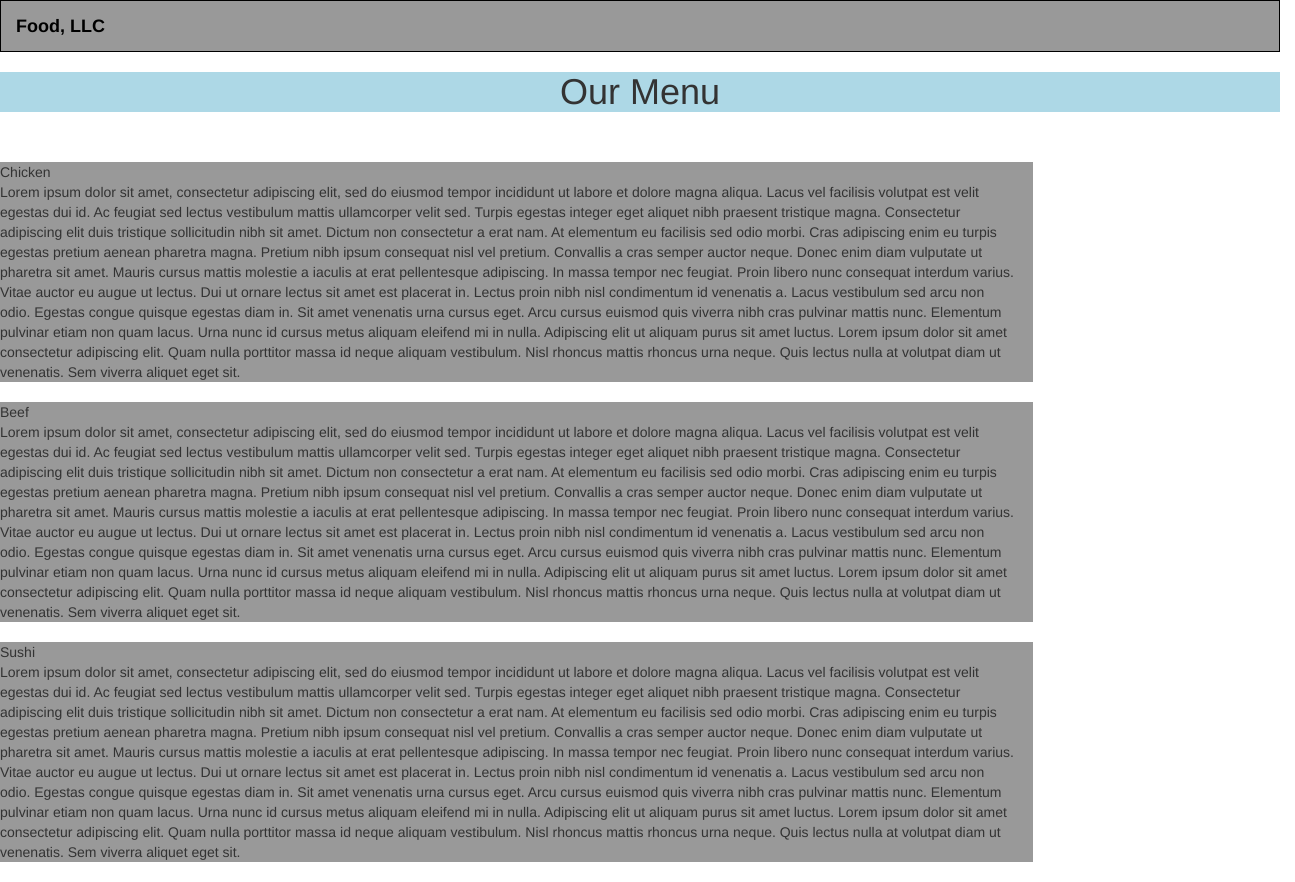
Repository: Cynthia-woo/coursera_frontend_JHU
Page: module3-solution/index.html
An editor plug-in stored every save of this project. The page is shown before and after the next save, followed by the edit.
The browser window is 1280 px wide. The page is 1295 px wide, then 1280 px, so the pictures cover 1295 px, including what lies to the right of the window. The pictures show the whole page.

Above is the page before, as saved 2024-04-20 02:52:09.

### module3-solution/index.html
<!doctype html>
<html lang="en">
  <head>
    <meta charset="utf-8">
    <meta http-equiv="X-UA-Compatible" content="IE=edge">
    <meta name="viewport" content="width=device-width, initial-scale=1">

    <!-- HTML5 shim and Respond.js for IE8 support of HTML5 elements and media queries -->
    <!-- WARNING: Respond.js doesn't work if you view the page via file:// -->
    <!--[if lt IE 9]>
      <script src="https://oss.maxcdn.com/html5shiv/3.7.2/html5shiv.min.js"></script>
      <script src="https://oss.maxcdn.com/respond/1.4.2/respond.min.js"></script>
    <![endif]-->

    <title>Assignment3-solution</title>
    <link rel="stylesheet" href="css/bootstrap.min.css">
    <link rel="stylesheet" href="css/styles.css">
  </head>
<body>
    <header>
        <nav id="header-nav" class="navbar navbar-default">
          <div class="container-fluid">
            <div class="navbar-header">
              <div class="navbar-brand">
                <a href="index.html"><span>Food, LLC</span></a>
              </div>

              <button type="button" class="navbar-toggle collapsed" data-toggle="collapse" data-target="#collapsable-nav" aria-expanded="false">
                <span class="sr-only">Toggle navigation</span>
                <span class="icon-bar"></span>
                <span class="icon-bar"></span>
                <span class="icon-bar"></span>
              </button>
            </div>


            <div id="collapsable-nav" class="collapse navbar-collapse hidden-lg hidden-md">
               <ul id="nav-list" class="nav navbar-nav navbar-right">
                <li>
                  <a href="menu-categories.html">
                    <br class="hidden-xs">Chicken</a>
                </li>
                <li>
                  <a href="#">
                    </span><br class="hidden-xs">Beef</a>
                </li>
                <li>
                  <a href="#">
                    <br class="hidden-xs">Sushi</a>
                </li>
              </ul><!-- #nav-list -->
            </div><!-- .collapse .navbar-collapse -->
          </div><!-- .container -->
        </nav><!-- #header-nav -->
      </header>

      <h1 id="main_title">Our Menu</h1>

      <section>
        <div id="all_dishes" class="row">
            <div class="col-md-12 col-sm-12 col-xs-12">
                <div class="dish_title">Chicken</div>
                <div class="dish_detail">Lorem ipsum dolor sit amet, consectetur adipiscing elit, sed do eiusmod tempor incididunt ut labore et dolore magna aliqua. Lacus vel facilisis volutpat est velit egestas dui id. Ac feugiat sed lectus vestibulum mattis ullamcorper velit sed. Turpis egestas integer eget aliquet nibh praesent tristique magna. Consectetur adipiscing elit duis tristique sollicitudin nibh sit amet. Dictum non consectetur a erat nam. At elementum eu facilisis sed odio morbi. Cras adipiscing enim eu turpis egestas pretium aenean pharetra magna. Pretium nibh ipsum consequat nisl vel pretium. Convallis a cras semper auctor neque. Donec enim diam vulputate ut pharetra sit amet. Mauris cursus mattis molestie a iaculis at erat pellentesque adipiscing. In massa tempor nec feugiat. Proin libero nunc consequat interdum varius. Vitae auctor eu augue ut lectus.

                    Dui ut ornare lectus sit amet est placerat in. Lectus proin nibh nisl condimentum id venenatis a. Lacus vestibulum sed arcu non odio. Egestas congue quisque egestas diam in. Sit amet venenatis urna cursus eget. Arcu cursus euismod quis viverra nibh cras pulvinar mattis nunc. Elementum pulvinar etiam non quam lacus. Urna nunc id cursus metus aliquam eleifend mi in nulla. Adipiscing elit ut aliquam purus sit amet luctus. Lorem ipsum dolor sit amet consectetur adipiscing elit. Quam nulla porttitor massa id neque aliquam vestibulum. Nisl rhoncus mattis rhoncus urna neque. Quis lectus nulla at volutpat diam ut venenatis. Sem viverra aliquet eget sit.</div>
            </div>
            <div class="col-md-12 col-sm-12 col-xs-12">
                <div class="dish_title">Beef</div>
                <div class="dish_detail">Lorem ipsum dolor sit amet, consectetur adipiscing elit, sed do eiusmod tempor incididunt ut labore et dolore magna aliqua. Lacus vel facilisis volutpat est velit egestas dui id. Ac feugiat sed lectus vestibulum mattis ullamcorper velit sed. Turpis egestas integer eget aliquet nibh praesent tristique magna. Consectetur adipiscing elit duis tristique sollicitudin nibh sit amet. Dictum non consectetur a erat nam. At elementum eu facilisis sed odio morbi. Cras adipiscing enim eu turpis egestas pretium aenean pharetra magna. Pretium nibh ipsum consequat nisl vel pretium. Convallis a cras semper auctor neque. Donec enim diam vulputate ut pharetra sit amet. Mauris cursus mattis molestie a iaculis at erat pellentesque adipiscing. In massa tempor nec feugiat. Proin libero nunc consequat interdum varius. Vitae auctor eu augue ut lectus.

                    Dui ut ornare lectus sit amet est placerat in. Lectus proin nibh nisl condimentum id venenatis a. Lacus vestibulum sed arcu non odio. Egestas congue quisque egestas diam in. Sit amet venenatis urna cursus eget. Arcu cursus euismod quis viverra nibh cras pulvinar mattis nunc. Elementum pulvinar etiam non quam lacus. Urna nunc id cursus metus aliquam eleifend mi in nulla. Adipiscing elit ut aliquam purus sit amet luctus. Lorem ipsum dolor sit amet consectetur adipiscing elit. Quam nulla porttitor massa id neque aliquam vestibulum. Nisl rhoncus mattis rhoncus urna neque. Quis lectus nulla at volutpat diam ut venenatis. Sem viverra aliquet eget sit.</div>
            </div>
            <div class="col-md-12 col-sm-12 col-xs-12">
                <div class="dish_title">Sushi</div>
                <div class="dish_detail">Lorem ipsum dolor sit amet, consectetur adipiscing elit, sed do eiusmod tempor incididunt ut labore et dolore magna aliqua. Lacus vel facilisis volutpat est velit egestas dui id. Ac feugiat sed lectus vestibulum mattis ullamcorper velit sed. Turpis egestas integer eget aliquet nibh praesent tristique magna. Consectetur adipiscing elit duis tristique sollicitudin nibh sit amet. Dictum non consectetur a erat nam. At elementum eu facilisis sed odio morbi. Cras adipiscing enim eu turpis egestas pretium aenean pharetra magna. Pretium nibh ipsum consequat nisl vel pretium. Convallis a cras semper auctor neque. Donec enim diam vulputate ut pharetra sit amet. Mauris cursus mattis molestie a iaculis at erat pellentesque adipiscing. In massa tempor nec feugiat. Proin libero nunc consequat interdum varius. Vitae auctor eu augue ut lectus.

                    Dui ut ornare lectus sit amet est placerat in. Lectus proin nibh nisl condimentum id venenatis a. Lacus vestibulum sed arcu non odio. Egestas congue quisque egestas diam in. Sit amet venenatis urna cursus eget. Arcu cursus euismod quis viverra nibh cras pulvinar mattis nunc. Elementum pulvinar etiam non quam lacus. Urna nunc id cursus metus aliquam eleifend mi in nulla. Adipiscing elit ut aliquam purus sit amet luctus. Lorem ipsum dolor sit amet consectetur adipiscing elit. Quam nulla porttitor massa id neque aliquam vestibulum. Nisl rhoncus mattis rhoncus urna neque. Quis lectus nulla at volutpat diam ut venenatis. Sem viverra aliquet eget sit.</div>
            </div>
      </section>


  <!-- jQuery (Bootstrap JS plugins depend on it) -->
  <script src="js/jquery-1.11.3.min.js"></script>
  <script src="js/bootstrap.min.js"></script>
  <script src="js/script.js"></script>
</body>
</html>

### module3-solution/css/styles.css
* {
    margin: 0;
    padding: 0;
    box-sizing: border-box;
}
.navbar-default{
    background-color: #999;
    border: 1px solid black;
    border-radius: 0;
}

.navbar-brand a{
    color: black;
    font-weight: bold;
}

.navbar-brand a:hover {
    text-decoration: none;
}



#main_title {
    text-align: center;
    background-color: lightblue;
    margin-bottom: 50px;
}

.col-md-12, .col-sm-12, .col-xs-12 {
    width: 80%;
    margin: 0 auto 20px auto;
    background-color: #999;
}

Loaded but not shown: module3-solution/css/bootstrap.min.css (library); module3-solution/js/jquery-1.11.3.min.js (library); module3-solution/js/bootstrap.min.js (library); module3-solution/js/script.js (no stored copy; drawn as an empty file)

After the next save:
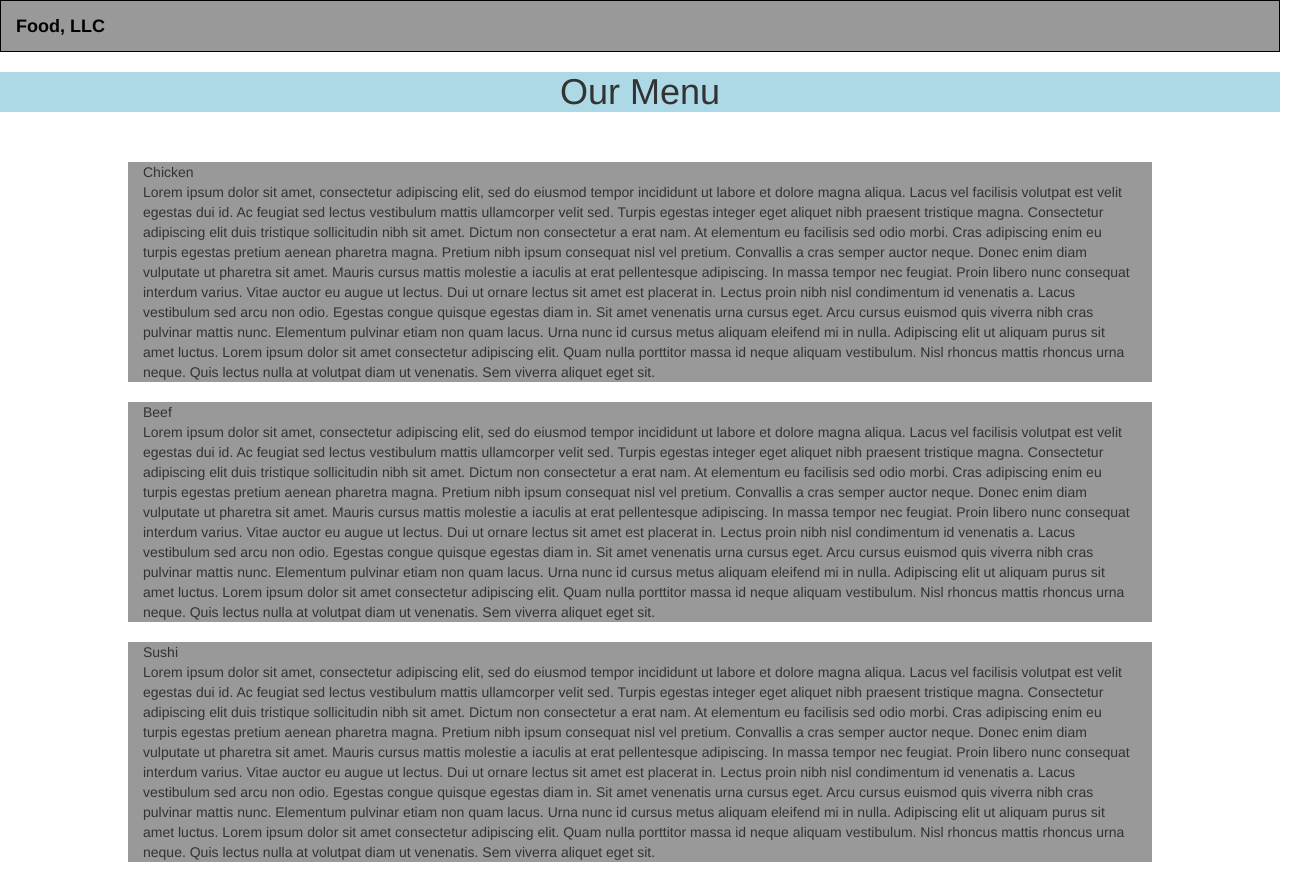
Saved 18 s later.
--- a/module3-solution/css/styles.css
+++ b/module3-solution/css/styles.css
@@ -26,8 +26,14 @@
     margin-bottom: 50px;
 }
 
+
+.row {
+    margin: 0 auto;
+    width: 80%;
+}
+
 .col-md-12, .col-sm-12, .col-xs-12 {
-    width: 80%;
+    /* width: 80%; */
     margin: 0 auto 20px auto;
     background-color: #999;
 }
